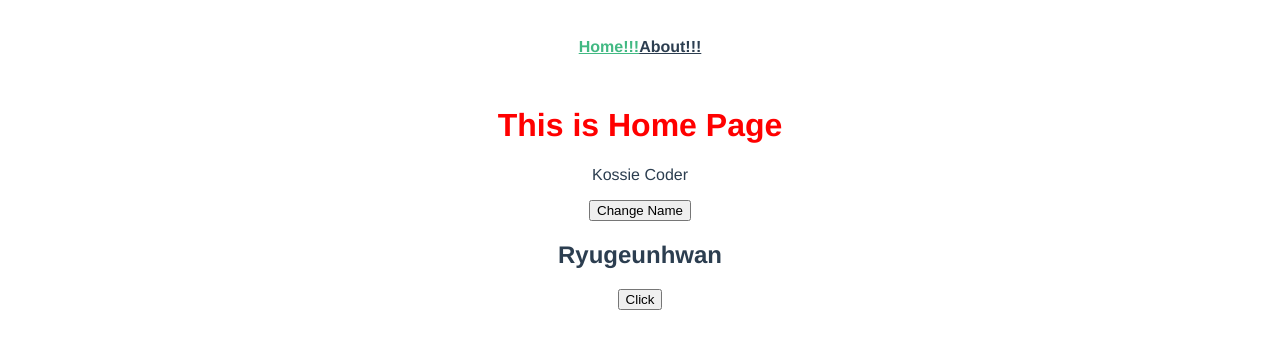
Repository: RyuGeunHwan/code_J
Page: / (app in vue-router/)
An editor plug-in stored every save of this project. The page is shown before and after the next save, followed by the edit.
The browser window is 1280 px wide. The pictures show the whole page.
The project was rebuilt for these pictures with package versions that can differ from the ones it lists, and the page was loaded fresh each time.

Above is the page before, as saved 2022-08-22 07:53:26.

### vue-router/src/main.js
import Vue from 'vue'
import App from './App.vue'
import router from './router'
import store from './store'

Vue.config.productionTip = false


//Vue 인스턴스 생성
new Vue({
  router,
  store,
  render: h => h(App)
}).$mount('#app')

### vue-router/src/App.vue
<template>
  <div id="app">
    <div id="nav">
      <!-- 라우터로 설정한 경로는 /router/index.js페이지에서 확인할 수 있다. -->
      <!-- 라우터를 사용해서 페이지 이동을 하려면 router-link 태그를 사용하여 to="" 속성으로 경로(index.js에서 설정한 경로)를 입력해서 페이지 이동 -->
      <!-- a태그보다 router-link태그를 선호한다. => a태그 : 리로드 O <-> router-link : 리로드 X-->
      <router-link to="/">Home!!!</router-link>
      <router-link to="/about">About!!!</router-link>
    </div>
    <router-view/><!-- 라우터 사용 설정 -->
  </div>
</template>

<style>
#app {
  font-family: Avenir, Helvetica, Arial, sans-serif;
  -webkit-font-smoothing: antialiased;
  -moz-osx-font-smoothing: grayscale;
  text-align: center;
  color: #2c3e50;
}

#nav {
  padding: 30px;
}

#nav a {
  font-weight: bold;
  color: #2c3e50;
}

#nav a.router-link-exact-active {
  color: #42b983;
}
</style>

### vue-router/src/router/index.js
import Vue from 'vue'
import VueRouter from 'vue-router'
import Home from '../views/Home.vue'

// VueRouter를 사용한다고 설정
Vue.use(VueRouter)


//Router 설정 start
const routes = [
  {
    //path : 브라우저에서 URL에 들어가는 경로 ex) http://localhost:8080/
    path: '/',
    name: 'Home',
    // component : import한 component를 사용할 수 있게끔 넣어주는것.
    component: Home
  },
  {
    //path : 브라우저에서 URL에 들어가는 경로 ex) http://localhost:8080/about
    path: '/about',
    name: 'About',
    // route level code-splitting
    // this generates a separate chunk (about.[hash].js) for this route
    // which is lazy-loaded when the route is visited.

    // 전역으로 import하지 않고 About.vue를 불러옴과 동시에 component를 넣었다.
    component: () => import(/* webpackChunkName: "about" */ '../views/About.vue')
  }
]

const router = new VueRouter({
  mode: 'history',
  base: process.env.BASE_URL,
  routes
})

export default router

### vue-router/src/views/Home.vue
<!-- template태그 : HTML이 들어가는 구역  -->
<template>
  <div>
    <h1>This is Home Page</h1>
    <KossieCoder/>
    <h2>{{fullName}}</h2>
    <button @click="changeName">Click</button>
  </div>
</template>

<!-- script태그 : 옵션,데이터,computed,watch 등이 들어가는 구역 -->
<script>
import KossieCoder from '@/components/KossieCoder.vue';


export default {
  components: {
    // import한 컴포넌트를 사용하겠다는 설정
    KossieCoder
  },
    name : 'App',
  data(){
    return{
      firstName : 'Ryu',
      lastName : 'geunhwan',
    };
  },
  methods : {
    changeName(){
      this.fullName = "nin ano";
    }
  },
  computed:{
    fullName: {
        get:function(){
          console.log('3번');
          return this.firstName+''+this.lastName;
        },
        set: function(newValue){
          alert('Setting new name: ' + newValue);
          var name = newValue.split(' '); //eslint-disable-line no-unused-vars
          this.firstName = name[0];
          this.lastName = name[1];
        }
      }
    }
}
</script>


<!-- style : CSS코드 -->
<!-- scoped를 넣어줘야 위에보이는 template의 html태그에 적용이 된다. scoped를 않넣으면 vue어플리케이션 전체에 적용이 된다.-->
<style scoped>
h1{
  color : red
}
</style>

### vue-router/src/components/KossieCoder.vue
<template>
    <div>
        <p>{{  name  }}</p>
        <button @click="updateName">Change Name</button>
    </div>
</template>

<script>
export default {
    data(){
        return{
            name : 'Kossie Coder'
        }
    },
    methods: {
        updateName(){
            this.name = 'Kossie Coder Updated'
        }
    }

}
</script>

<style scoped>

</style>

Loaded but not shown: vue-router/public/index.html (common file); vue-router/src/store/index.js (common file)

After the next save:
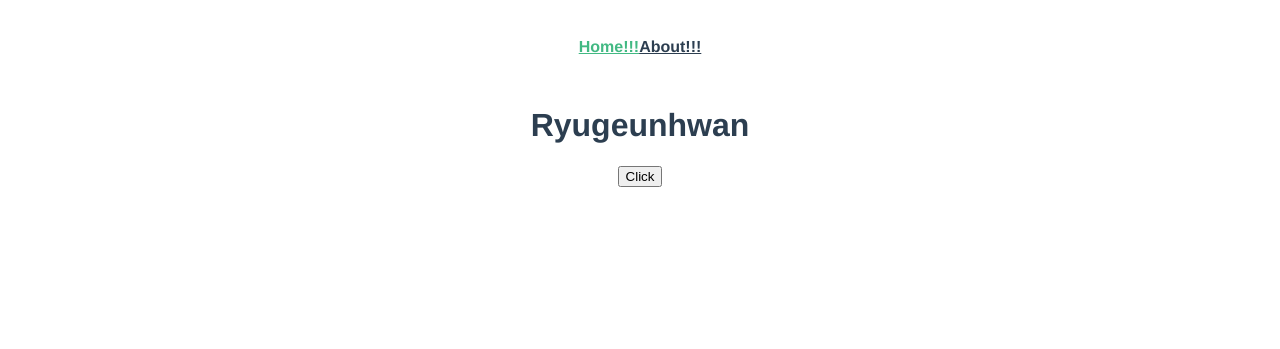
Saved 7 min 58 s later.
--- a/vue-router/src/views/Home.vue
+++ b/vue-router/src/views/Home.vue
@@ -1,24 +1,13 @@
-<!-- template태그 : HTML이 들어가는 구역  -->
 <template>
-  <div>
-    <h1>This is Home Page</h1>
-    <KossieCoder/>
-    <h2>{{fullName}}</h2>
+  <div class="about">
+    <h1>{{fullName}}</h1>
     <button @click="changeName">Click</button>
   </div>
 </template>
 
-<!-- script태그 : 옵션,데이터,computed,watch 등이 들어가는 구역 -->
 <script>
-import KossieCoder from '@/components/KossieCoder.vue';
-
-
 export default {
-  components: {
-    // import한 컴포넌트를 사용하겠다는 설정
-    KossieCoder
-  },
-    name : 'App',
+  name : 'App',
   data(){
     return{
       firstName : 'Ryu',
@@ -44,14 +33,5 @@ export default {
         }
       }
     }
-}
+  }
 </script>
-
-
-<!-- style : CSS코드 -->
-<!-- scoped를 넣어줘야 위에보이는 template의 html태그에 적용이 된다. scoped를 않넣으면 vue어플리케이션 전체에 적용이 된다.-->
-<style scoped>
-h1{
-  color : red
-}
-</style>
